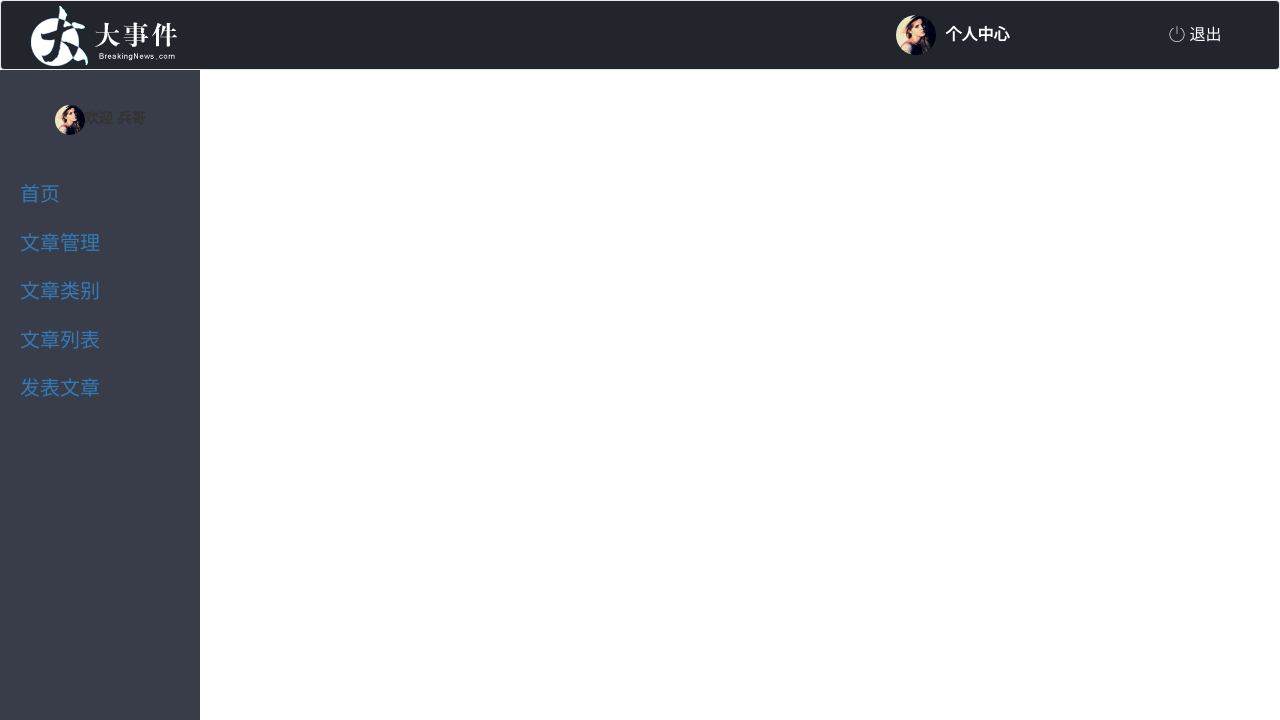
Repository: pursuit-YHP/project_dashijian
Page: index.html
An editor plug-in stored every save of this project. The page is shown before and after the next save, followed by the edit.
The browser window is 1280 px wide. The pictures show the whole page.
The style sheet was rebuilt from its Sass, Less or Tailwind sources for each picture, by a compiler version that may differ from the author's.

Above is the page before, as saved 2022-03-13 20:30:43.

After the next save:
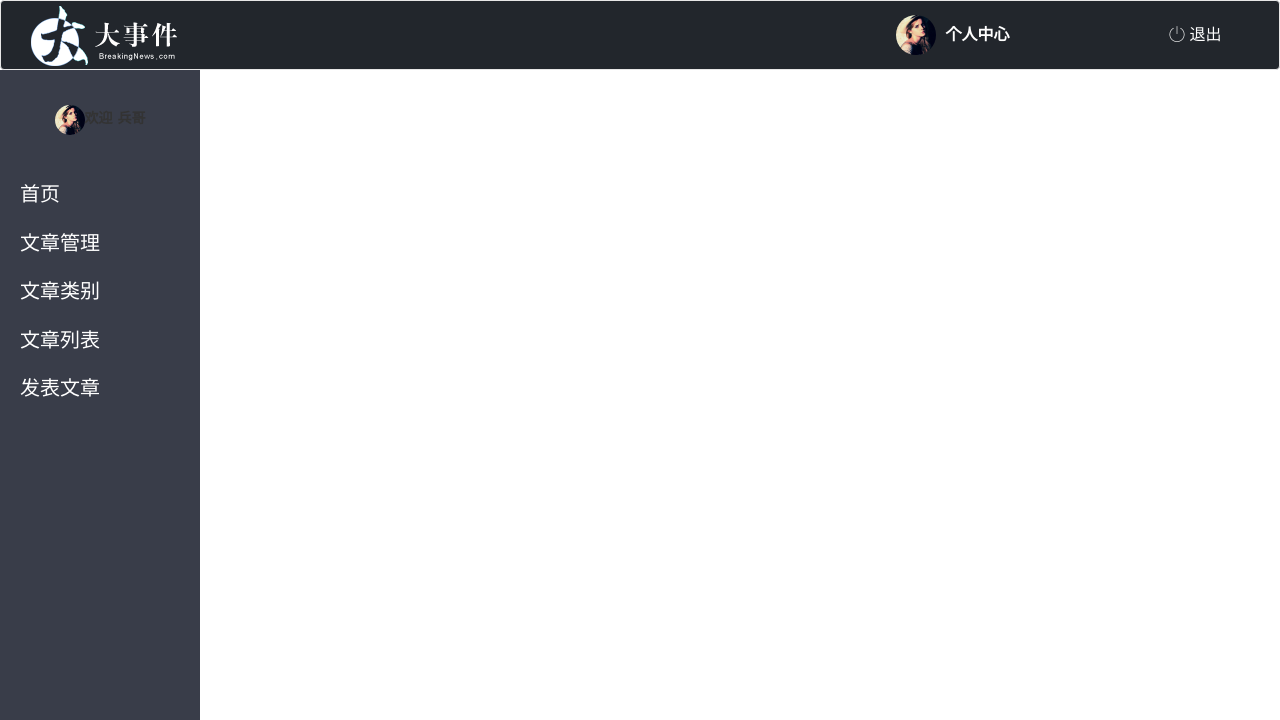
Saved 62 s later.
--- a/index.html
+++ b/index.html
@@ -6,8 +6,9 @@
     <meta http-equiv="X-UA-Compatible" content="IE=edge">
     <meta name="viewport" content="width=device-width, initial-scale=1.0">
     <title>Document</title>
+    <link rel="stylesheet" href="./assets/lib/bootstrap.css">
     <link rel="stylesheet" href="./assets/css/index.css">
-    <link rel="stylesheet" href="./assets/lib/bootstrap.css">
+
     <link rel="stylesheet" href="./assets/fonts/iconfont.css">
 </head>
 
